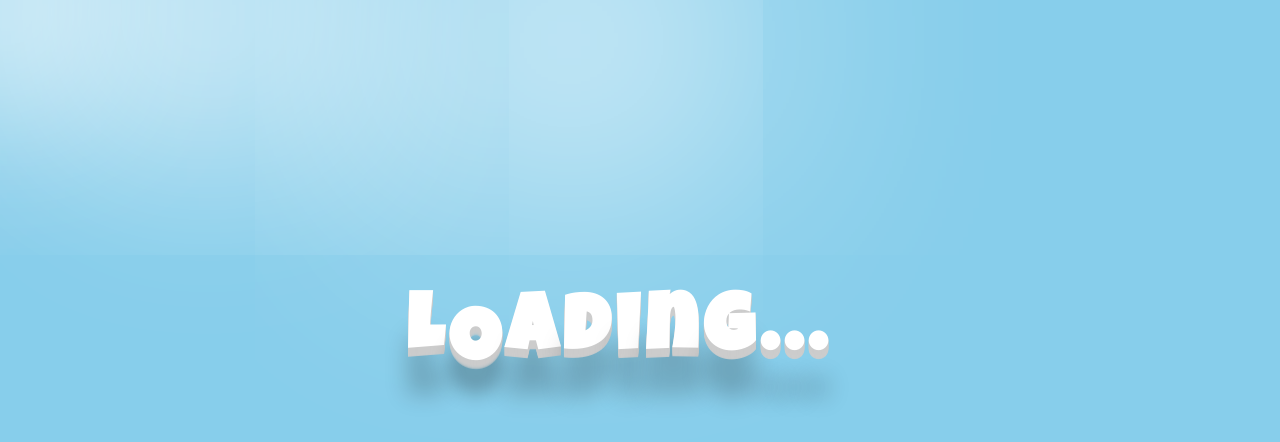
Repository: BlackCat328/CSS_Animation
Page: 2.文字弹动/index.html
The author's editor kept a copy of each file at every save. The page is drawn from the files as they stood at one save, then again after a run of saves.
The browser window is 1280 px wide. The pictures show the whole page.

Above is the page before, as saved 2022-11-13 20:48:52.

After the next 6 saves:
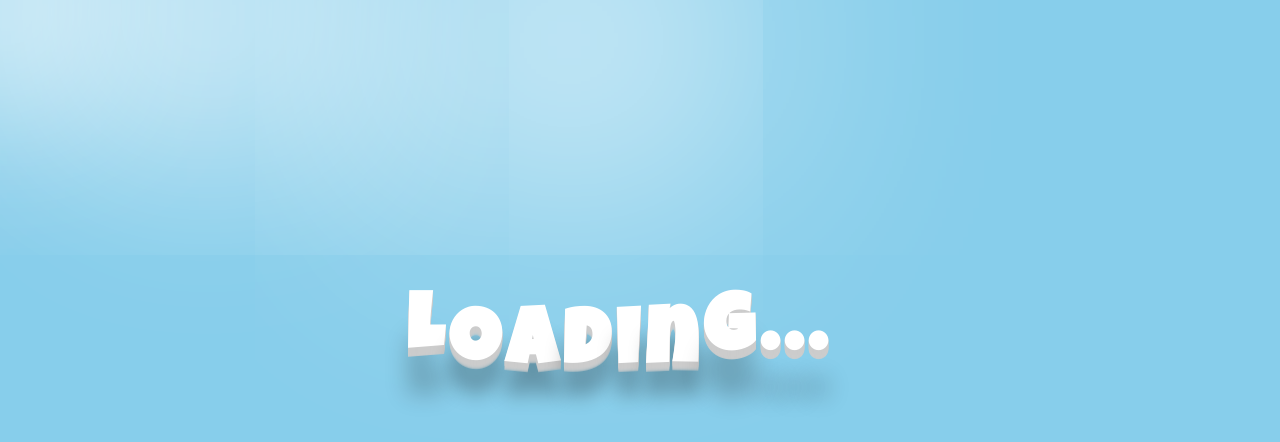
The 6 saves are shown as one change because they came seconds apart.
The last was saved 20 s later.
--- a/2.文字弹动/index.css
+++ b/2.文字弹动/index.css
@@ -82,3 +82,19 @@ h1 span {
 h1 span:nth-child(2) {
     animation-delay: .1s;
 }
+
+h1 span:nth-child(3) {
+    animation-delay: .1s;
+}
+
+h1 span:nth-child(4) {
+    animation-delay: .1s;
+}
+
+h1 span:nth-child(5) {
+    animation-delay: .1s;
+}
+
+h1 span:nth-child(6) {
+    animation-delay: .1s;
+}
